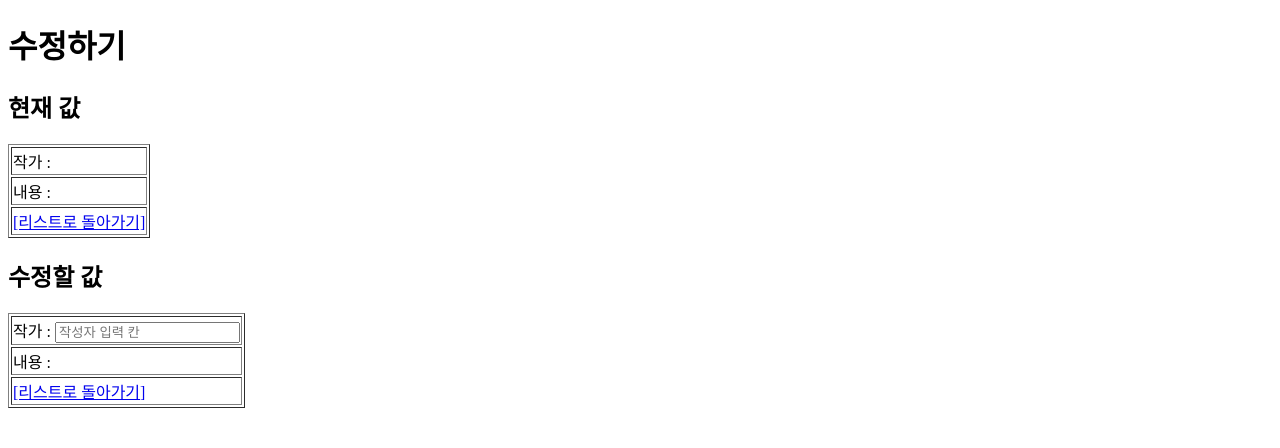
Repository: back-seung/academy
Page: http://localhost/SpringDay02_01_1/WEB-INF/views/BBS/listUpdate.jsp
An editor plug-in stored every save of this project. The page is shown before and after the next save, followed by the edit.
The browser window is 1280 px wide. The pictures show the whole page.
The page is served by Tomcat 9. Nobody is signed in. Other server files are loaded and not shown. The template is opened directly, without the code that normally fills it, so the values that code supplies are empty.

Above is the page before, as saved 2021-11-24 02:48:59.

### SpringDay02_01_1/src/main/webapp/WEB-INF/views/BBS/listUpdate.jsp
<%@ page language="java" contentType="text/html; charset=UTF-8"
	pageEncoding="UTF-8"%>
<!DOCTYPE html>
<html>
<head>
<meta charset="UTF-8">
<title>Insert title here</title>
</head>
<body>
	<h1>수정하기</h1>
	<h2>현재 값</h2>
	<table border="1">
		<tr>
			<td>작가 : ${oneData.author}</td>
		</tr>
		<tr>
			<td>내용 : ${oneData.info}</td>
		</tr>
		<tr>
			<td colspan="2"><a href="inputList">[리스트로 돌아가기]</a></td>
		</tr>
	</table>
	<h2>수정할 값</h2>
	<table border="1">
		<tr>
			<td>작가 : <input type="text" name="author" placeholder="작성자 입력 칸" />
			</td>
		</tr>
		<tr>
			<td>내용 : ${oneData.info}</td>
		</tr>
		<tr>
			<td colspan="2"><a href="inputList">[리스트로 돌아가기]</a></td>
		</tr>
	</table>
</body>
</html>

After the next save:
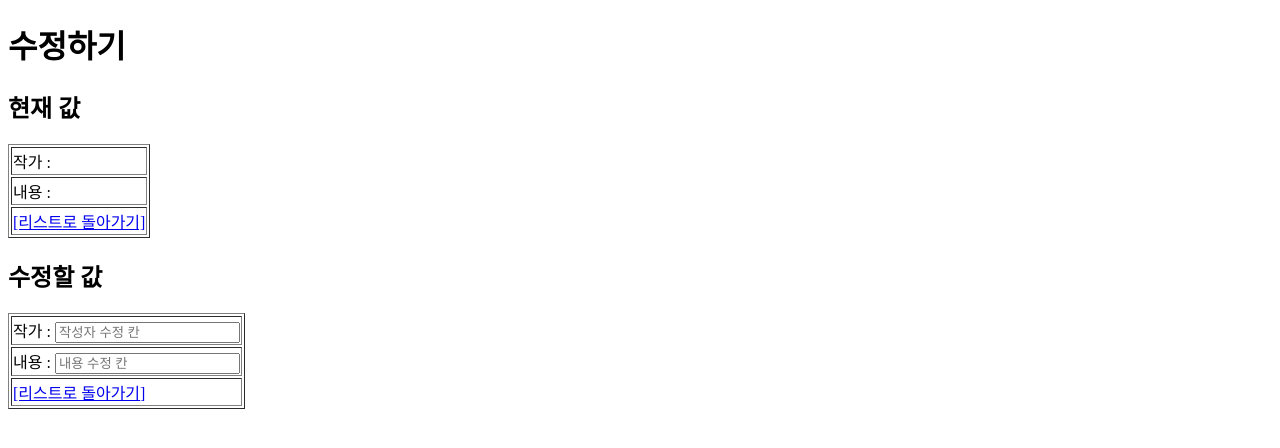
Saved 24 s later.
--- a/SpringDay02_01_1/src/main/webapp/WEB-INF/views/BBS/listUpdate.jsp
+++ b/SpringDay02_01_1/src/main/webapp/WEB-INF/views/BBS/listUpdate.jsp
@@ -23,11 +23,11 @@
 	<h2>수정할 값</h2>
 	<table border="1">
 		<tr>
-			<td>작가 : <input type="text" name="author" placeholder="작성자 입력 칸" />
+			<td>작가 : <input type="text" name="author" placeholder="작성자 수정 칸" />
 			</td>
 		</tr>
 		<tr>
-			<td>내용 : ${oneData.info}</td>
+			<td>내용 : <input type="text" name="info" placeholder="내용 수정 칸" /></td>
 		</tr>
 		<tr>
 			<td colspan="2"><a href="inputList">[리스트로 돌아가기]</a></td>
